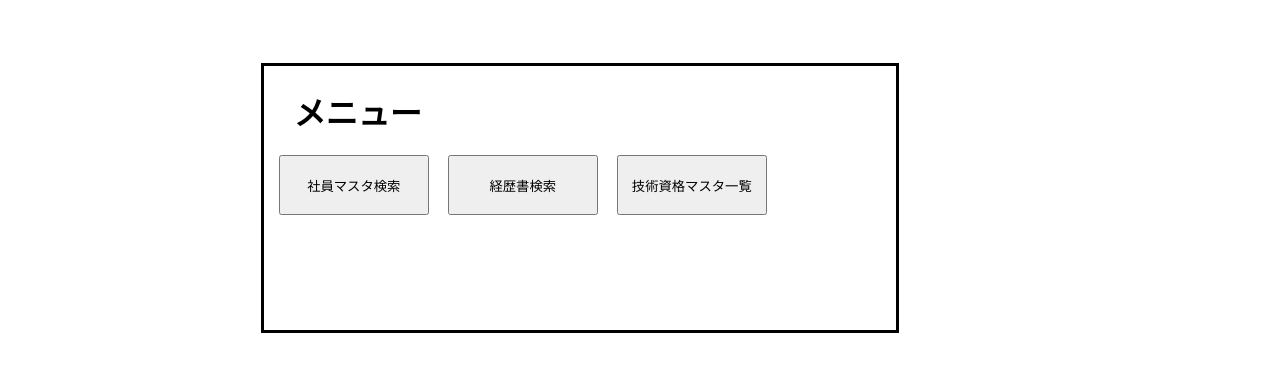
Repository: nguyenvantandev/WebApp
Page: http://localhost/EmployeeInfoSystem/Menu.jsp
The author's editor kept a copy of each file at every save. The page is drawn from the files as they stood at one save, then again after the next save.
The browser window is 1280 px wide. The pictures show the whole page.
Some web libraries are served in a nearby version. The page is served by Tomcat 9. Other server files are loaded and not shown.

Above is the page before, as saved 2016-06-06 04:31:44.

### EmployeeInfoSystem/WebContent/Menu.jsp
<%@ page language="java" contentType="text/html; charset=UTF-8"
    pageEncoding="UTF-8"%>
<!DOCTYPE html PUBLIC "-//W3C//DTD HTML 4.01 Transitional//EN" "http://www.w3.org/TR/html4/loose.dtd">
<html>
<head>
<meta http-equiv="Content-Type" content="text/html; charset=UTF-8">
<link rel="stylesheet" type="text/css" href="css/Menu.css">
<!-- <script type="text/javascript" src="js/.js"></script> -->
<script type="text/javascript" src="http://code.jquery.com/jquery-1.10.1.min.js"></script>
<title>メニュー画面</title>
</head>
<body>
<div>
<h1>メニュー</h1>
<input type="button" id="employeeSearch" name="employeeSearch" value="社員マスタ検索">
<input type="button" id="resumeSearch" name="resumeSearch" value="経歴書検索">
<input type="button" id="skillList" name="skillList" value="技術資格マスタ一覧">
</div>

</body>
</html>

### EmployeeInfoSystem/WebContent/css/Menu.css
@CHARSET "UTF-8";

div {
	    margin-left: 20%;
    margin-top: 5%;
    margin-right: 20%;
     border-style: solid;
     height: 264px;
    width: 50%;
}

#employeeSearch, #resumeSearch, #skillList{
	    margin-left: 15px;
    height: 60px;
    width: 150px;

}
h1{
	    margin-left: 30px;
}

After the next save:
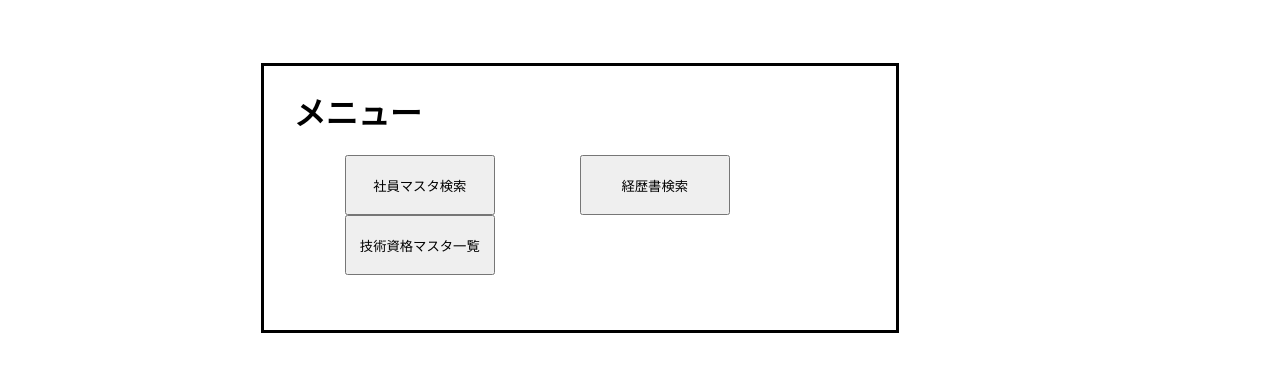
Saved 23 s later.
--- a/EmployeeInfoSystem/WebContent/css/Menu.css
+++ b/EmployeeInfoSystem/WebContent/css/Menu.css
@@ -10,7 +10,7 @@ div {
 }
 
 #employeeSearch, #resumeSearch, #skillList{
-	    margin-left: 15px;
+	    margin-left: 81px;
     height: 60px;
     width: 150px;
 
